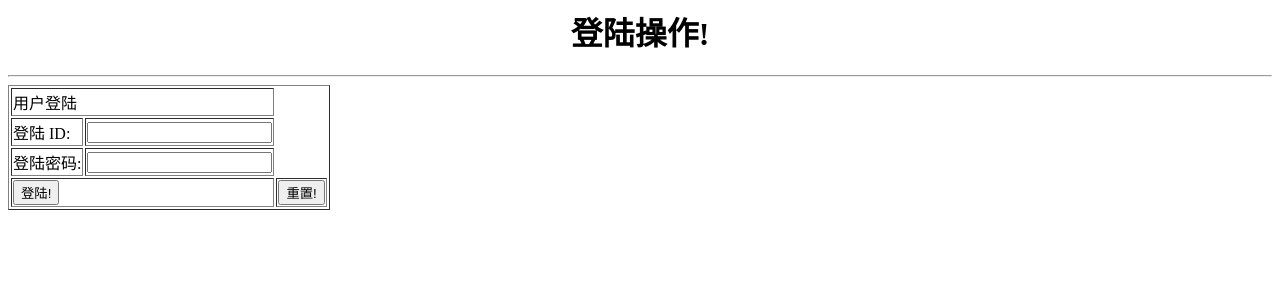
Repository: YuHaoXiang/Yhx
Page: http://localhost/StudentMsg/login.jsp
The author's editor kept a copy of each file at every save. The page is drawn from the files as they stood at one save, then again after the next save.
The browser window is 1280 px wide. The pictures show the whole page.
The page is served by Tomcat 9. Queries for data that is not in the repository find no rows.

Above is the page before, as saved 2016-03-03 10:01:26.

After the next save:
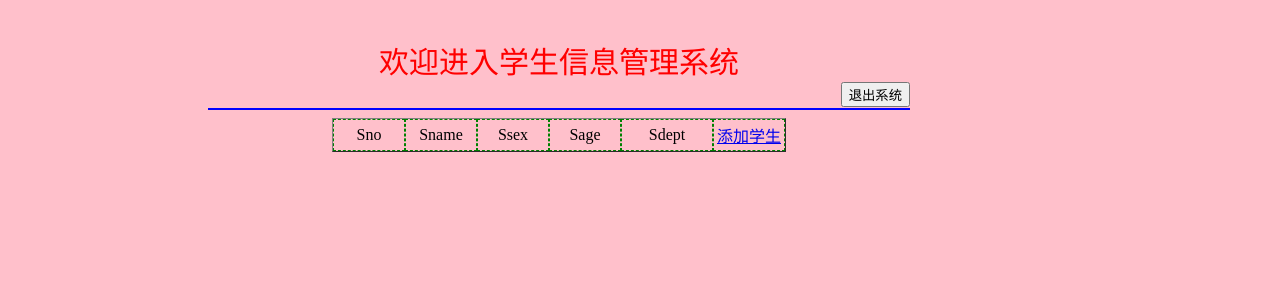
Saved 16 min 11 s later.
--- a/StudentMsg/WebContent/login.jsp
+++ b/StudentMsg/WebContent/login.jsp
@@ -1,42 +1,121 @@
-<%@page contentType="text/html" pageEncoding="UTF-8" %>
+<%@page import="java.sql.*"%>
+<%@ page language="java" contentType="text/html; charset=utf-8"
+    pageEncoding="utf-8"%>
+<!DOCTYPE html PUBLIC "-//W3C//DTD HTML 4.01 Transitional//EN" "http://www.w3.org/TR/html4/loose.dtd">
 <html>
 <head>
+<meta http-equiv="Content-Type" content="text/html; charset=utf-8">
+<title>Insert title here</title>
+<style>
+    body{
+        position: absolute;
+        top:30px;
+        left: 200px;
+        background: pink;
+    }
+    td{
+        width: 70px;
+        height: 30px;
+        border:1px dashed green;
+    }
+    #tou{
+        text-align: center;
+        color: red;
+        font-size: 30px;
+    }
+    #dept{
+       width:90px;
+    }
+    #tuichu{
+      color:black;
+      font-family:"黑体";
+      float:right;
+    }
+</style>
+</head>
+<body>
+<div id="tou">欢迎进入学生信息管理系统</div>
+<div id="tuichu">
+<input type="button" name="exit" value="退出系统" >
+</div>
+<br>
+<hr color="blue" width="700px" align="center">
+<%
+
+        String url="jdbc:sqlserver://localhost;DatabaseName=Yhx";
+        String useName="sa";
+        String password="950830";
+        String sql=null;
+        Connection conn=null;
+        PreparedStatement pstm=null;
+
+        try{
+        	Class.forName("com.microsoft.sqlserver.jdbc.SQLServerDriver");
+    }catch(ClassNotFoundException e)
+    {
+    	out.print("加载驱动异常");
+    }
+
+    try{
+    conn=DriverManager.getConnection(url,useName,password);
+   sql="select Sno,Sname,Ssex,Sage,Sdept from student";
+    pstm=conn.prepareStatement(sql);
+    ResultSet rs=pstm.executeQuery();
+%>
+<center >
+<table   border="1" cellspacing="0" cellpadding="0" >
+<tr>
+	<td  align="center">Sno</td>
+	<td  align="center">Sname</td>
+	<td  align="center">Ssex</td>
+	<td  align="center">Sage</td>
+	<td  id="dept" width="90" align="center">Sdept</td>
+	<td  align="center"colspan="2"><a href="add.jsp">添加学生</a></td>
+</tr>
 
 
-</head>
+<%
 
-<body>
-    <center>
-        <h1>登陆操作!</h1>
-    </center>
-    <hr>
-    <form action="login_check.jsp" method="post">
-        <table border="1">
-            <tr>
-                <td colspan="2">用户登陆</td>
+    while(rs.next())
+    {
+	  int id=rs.getInt(1);
+	  String name=rs.getString(2);
+	  String sex=rs.getString(3);
+	  int age=rs.getInt(4);
+	  String dept=rs.getString(5);
 
-            </tr>
-            <tr>
-                <td>登陆 ID:</td>
-                <td><input type="text" name="username">
-                </td>
-            </tr>
+%>
 
-            <tr>
-                <td>登陆密码:</td>
-                <td><input type="password" name="userpwd">
-                </td>
-            </tr>
-
-            </tr>
-
-            <tr>
-                <td colspan="2"><input type="submit" value = "登陆!">
-                <td colspan="2"><input type="reset" value = "重置!">
-                </td>
-            </tr>
-        </table>
-
-    </form>
+<tr>
+	<td align="center"><%=id %></td>
+	<td align="center"><%=name%></td>
+	<td align="center"><%=sex%></td>
+	<td align="center"><%=age%></td>
+	<td align="center"><%=dept%></td>
+	<td align="center"><a href="xiugai.jsp">修改</a></td>
+	<td align="center">
+<a href="DBServlet?name=<%=name %>&type=del">删除</a>
+</td>
+</tr>
+<%
+}
+    rs.close();
+    pstm.close();
+    }catch(SQLException e)
+    {
+    	out.print("出现sql异常");
+    }
+    finally{
+    	try
+    	{
+    		conn.close();
+    	}catch(Exception e)
+    	{
+    		out.print("关闭数据库异常");
+    	}
+    }
+    %>
+      </table>
+      <center>
 </body>
 </html>
